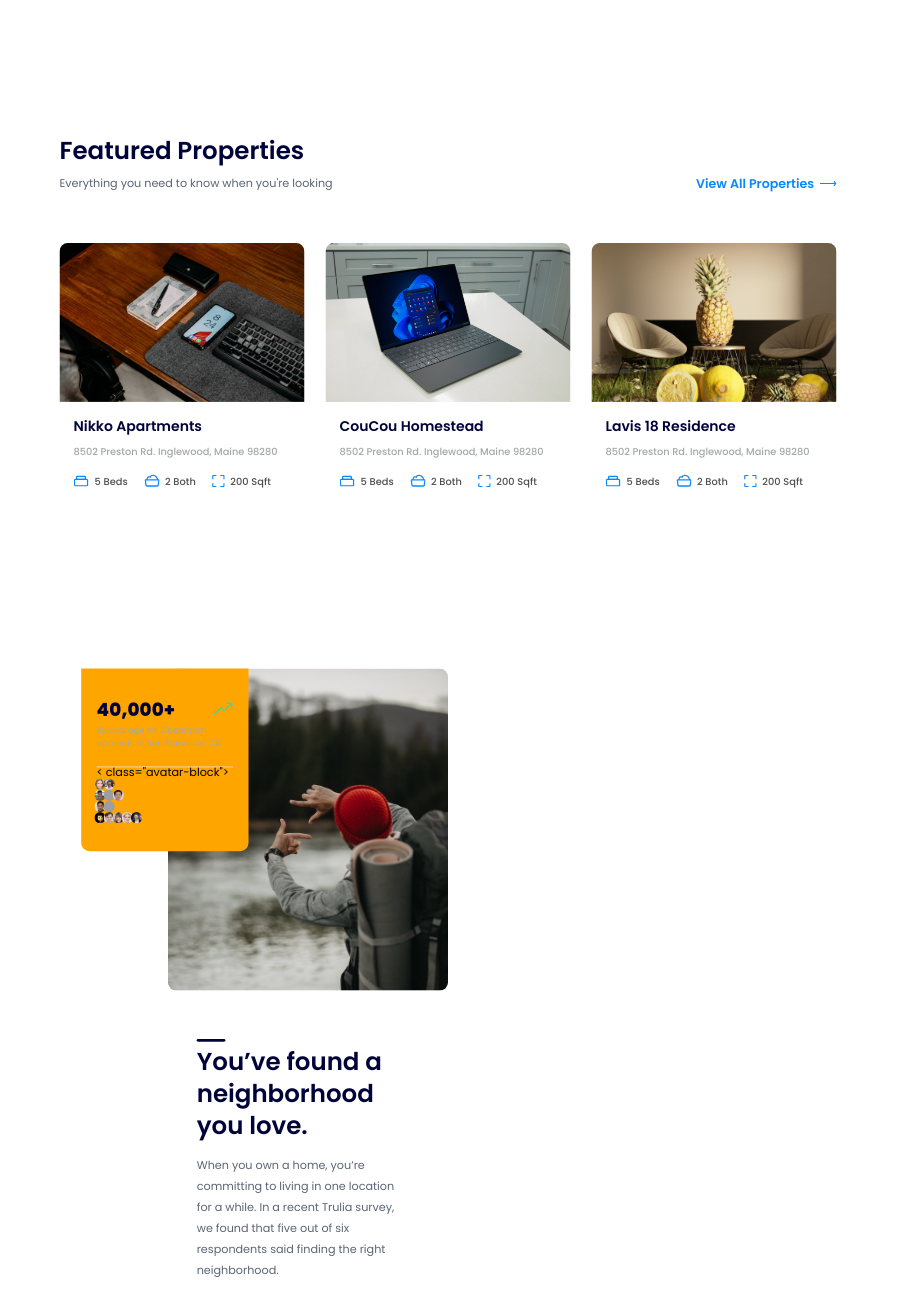
Repository: datvu1608/dv-htmlcss-01
Page: index.html
The author's editor kept a copy of each file at every save. The page is drawn from the files as they stood at one save, then again after the next save.
The browser window is 1280 px wide. The page is 1295 px wide, so the pictures cover 1295 px, including what lies to the right of the window. The pictures show the part of the page from y = 1683 to 3563 px (the page is 3563 px tall before and 3148 px after), at 70% of full size.
Pictures or frames that could not be fetched are drawn as grey boxes.

Above is the page before, as saved 2023-06-13 15:34:50.

### index.html
<!DOCTYPE html>
<html lang="en">
  <head>
    <meta charset="UTF-8" />
    <meta http-equiv="X-UA-Compatible" content="IE=edge" />
    <meta name="viewport" content="width=device-width, initial-scale=1.0" />
    <title>Project 1</title>
    <link rel="stylesheet" href="./assets/css/reset.css" />
    <link rel="stylesheet" href="./assets/fonts/stylesheet.css" />
    <link rel="stylesheet" href="./assets/css/style.css" />
  </head>
  <body>
    <main style="height: 2000px">
      <!-- Header -->
      <header class="header">
        <div class="content">
          <nav class="navbar">
            <!-- logo -->
            <img src="./assets/img/Logo.svg" alt="Besnik" />
            <!-- navigation -->
            <ul>
              <li><a href="#!">Home</a></li>
              <li><a href="#!">Features</a></li>
              <li><a href="#!">Services</a></li>
              <li><a href="#!">Resources</a></li>
              <li><a href="#!">Contact</a></li>
            </ul>
            <!-- action -->
            <div class="actions">
              <a href="#!" class="action-link">Sign up</a>
              <a href="#!" class="btn action-btn">Sign in</a>
            </div>
          </nav>
          <div class="hero">
            <div class="info">
              <p class="sub-title">Welcome to Besnik Agency</p>
              <h1 class="title">Discover a place you'll love to live.</h1>
              <p class="desc">
                Get the best real estate deals first, before they hit the mass
                market! hot forecloseru deals with one simple search.
              </p>
              <a href="#!" class="btn hero-cta">More About Us</a>
            </div>
            <img src="./assets/img/hero-img.svg" alt="" class="hero-img" />
          </div>
        </div>
      </header>

      <!-- Client -->
      <div class="clients">
        <div class="content">
          <div class="row">
            <!-- logo -->
            <img src="./assets/img/Logo.svg" alt="Besnik" />
            <!-- Stars -->
            <div class="stars">
              <img src="./assets/img/star.svg" alt="star" />
              <img src="./assets/img/star.svg" alt="star" />
              <img src="./assets/img/star.svg" alt="star" />
              <img src="./assets/img/star.svg" alt="star" />
              <img src="./assets/img/star.svg" alt="star" />
            </div>
          </div>

          <div class="row row-desc">
            <p class="desc">More than 45,000+ companies trust besnik</p>
            <p class="desc">5 Star Ratings (2k+ Review)</p>
          </div>
          <div class="images">
            <img src="./assets/img/client-1.svg" alt="" />
            <img src="./assets/img/client-2.svg" alt="" />
            <img src="./assets/img/client-3.svg" alt="" />
            <img src="./assets/img/client-4.svg" alt="" />
            <img src="./assets/img/client-5.svg" alt="" />
          </div>
        </div>
      </div>
      <!-- Guides -->
      <div class="guides">
        <div class="content">
          <h2 class="sub-title">How its works?</h2>
          <p class="desc">
            Everything you need to know when you're looking to buy, rent, or
            sell - all in one place.
          </p>

          <!-- List guide -->
          <ul class="list-guide">
            <li class="guide-item">
              <img src="./assets/img/buyer.svg" alt="buyer" class="icon" />
              <h3 class="title">Buyer Guides</h3>
              <a href="#!" class="link"
                ><span>How to buy</span>
                <img
                  src="./assets/img/arrow-right.svg"
                  alt="arrow-right"
                  class="arrow"
                />
              </a>
            </li>
            <li class="guide-item">
              <img src="./assets/img/renter.svg" alt="buyer" class="icon" />
              <h3 class="title">Renter Guides</h3>
              <a href="#!" class="link"
                ><span>How to rental</span>
                <img
                  src="./assets/img/arrow-right.svg"
                  alt="arrow-right"
                  class="arrow"
                />
              </a>
            </li>
            <li class="guide-item">
              <img src="./assets/img/seller.svg" alt="buyer" class="icon" />
              <h3 class="title">Seller Guides</h3>
              <a href="#!" class="link"
                ><span>How to sell</span>
                <img
                  src="./assets/img/arrow-right.svg"
                  alt="arrow-right"
                  class="arrow"
                />
              </a>
            </li>
          </ul>
          <div class="guide-cta">
            <a href="#!" class="btn">Sell Full Guidelines</a>
          </div>
        </div>
      </div>

      <!-- Features -->
      <div class="featured">
        <div class="content">
          <header>
            <h2 class="sub-title">Featured Properties</h2>
            <div class="row">
              <p class="desc">
                Everything you need to know when you're looking
              </p>
              <a href="#!" class="link">
                <span>View All Properties</span>
                <img
                  src="./assets/img/arrow-right.svg"
                  alt="arrow"
                  class="arrow"
                />
              </a>
            </div>
          </header>
          <div class="list">
            <!-- Featured item 1 -->
            <div class="item">
              <a href="#!"
                ><img
                  src="./assets/img/featured-1.jpg"
                  alt="Nikko Arpartments"
                  class="thumb"
              /></a>
              <div class="body">
                <h3 class="title"><a href="#!">Nikko Apartments</a></h3>
                <p class="desc">8502 Preston Rd. Inglewood, Maine 98280</p>
                <div class="info">
                  <img src="./assets/img/beds.svg" alt="" class="icon" />
                  <span class="label">5 Beds</span>
                  <img src="./assets/img/both.svg" alt="" class="icon" />
                  <span class="label">2 Both</span>
                  <img src="./assets/img/sqft.svg" alt="" class="icon" />
                  <span class="label">200 Sqft</span>
                </div>
              </div>
            </div>
            <div class="item">
              <a href="#!">
                <img
                  src="./assets/img/featured-2.jpg"
                  alt="CouCou Homestead"
                  class="thumb"
                />
              </a>
              <div class="body">
                <h3 class="title">
                  <a href="#!" class="line-clamp">CouCou Homestead</a>
                </h3>
                <p class="desc line-clamp">
                  8502 Preston Rd. Inglewood, Maine 98280
                </p>
                <div class="info">
                  <img src="./assets/img/beds.svg" alt="" class="icon" />
                  <span class="label">5 Beds</span>
                  <img src="./assets/img/both.svg" alt="" class="icon" />
                  <span class="label">2 Both</span>
                  <img src="./assets/img/sqft.svg" alt="" class="icon" />
                  <span class="label">200 Sqft</span>
                </div>
              </div>
            </div>
            <div class="item">
              <a href="#!">
                <img
                  src="./assets/img/featured-3.jpg"
                  alt="Lavis 18 Residence"
                  class="thumb"
                />
              </a>
              <div class="body">
                <h3 class="title"><a href="#!">Lavis 18 Residence</a></h3>
                <p class="desc">8502 Preston Rd. Inglewood, Maine 98280</p>
                <div class="info">
                  <img src="./assets/img/beds.svg" alt="" class="icon" />
                  <span class="label">5 Beds</span>
                  <img src="./assets/img/both.svg" alt="" class="icon" />
                  <span class="label">2 Both</span>
                  <img src="./assets/img/sqft.svg" alt="" class="icon" />
                  <span class="label">200 Sqft</span>
                </div>
              </div>
            </div>
          </div>
        </div>
      </div>

      <!-- Stats -->
      <div class="stats">
        <div class="content">
          <div class="row">
            <div class="img-block">
              <img
                class="image"
                src="./assets/img/stats-img.jpg"
                alt="You’ve found a neighborhood you love."
              />
              <!-- Trend -->
              <div class="stats-trend">
                <div class="row">
                  <strong class="value">40,000+</strong>
                  <img src="./assets/img/arrow-trend.svg" alt="" class="icon" />
                </div>
                <p class="desc">
                  By avarage for 2 bedroom apments in San Francisco, CA
                </p>
                <div class="separate"></div>
                < class="avatar-block">
                  <div class="avatar-group">
                    <img
                      src="./assets/img/avatar-1.jpg"
                      alt="avatar"
                      class="avatar"
                    />
                    <img
                      src="./assets/img/avatar-2.jpg"
                      alt="avatar"
                      class="avatar"
                    />
                  </div>
                  <div class="avatar-group">
                    <img
                      src="./assets/img/avatar-3.jpg"
                      alt="avatar"
                      class="avatar"
                    />
                    <img
                      src="./assets/img/avatar-4.jpg"
                      alt="avatar"
                      class="avatar"
                    />
                    <img
                      src="./assets/img/avatar-5.jpg"
                      alt="avatar"
                      class="avatar"
                    />
                    </div>
                    <div class="avatar-group">
                    <img
                      src="./assets/img/avatar-6.jpg"
                      alt="avatar"
                      class="avatar"
                    />
                    <img
                      src="./assets/img/avatar-7.jpg"
                      alt="avatar"
                      class="avatar"
                    />
                    </div>
                    <div class="avatar-group">
                    <img
                      src="./assets/img/avatar-8.jpg"
                      alt="avatar"
                      class="avatar"
                    />
                    <img
                      src="./assets/img/avatar-9.jpg"
                      alt="avatar"
                      class="avatar"
                    />
                    <img
                      src="./assets/img/avatar-10.jpg"
                      alt="avatar"
                      class="avatar"
                    />
                    <img
                      src="./assets/img/avatar-11.jpg"
                      alt="avatar"
                      class="avatar"
                    />
                    <img
                      src="./assets/img/avatar-12.jpg"
                      alt="avatar"
                      class="avatar"
                    />
                  </div>
                </div>
              </div>
            </div>
            <div class="info">
              <h2 class="sub-title">You’ve found a neighborhood you love.</h2>
              <p class="desc">
                When you own a home, you’re committing to living in one location
                for a while. In a recent Trulia survey, we found that five out
                of six respondents said finding the right neighborhood.
              </p>
            </div>
          </div>
        </div>
      </div>
    </main>
  </body>
</html>

### assets/fonts/stylesheet.css
/* ============ Poppins =================== */
@font-face {
  font-family: 'Poppins';
  src: url('Poppins-BlackItalic.woff2') format('woff2'),
    url('Poppins-BlackItalic.woff') format('woff');
  font-weight: 900;
  font-style: italic;
  font-display: swap;
}

@font-face {
  font-family: 'Poppins';
  src: url('Poppins-Bold.woff2') format('woff2'),
    url('Poppins-Bold.woff') format('woff');
  font-weight: bold;
  font-style: normal;
  font-display: swap;
}

@font-face {
  font-family: 'Poppins';
  src: url('Poppins-Black.woff2') format('woff2'),
    url('Poppins-Black.woff') format('woff');
  font-weight: 900;
  font-style: normal;
  font-display: swap;
}

@font-face {
  font-family: 'Poppins';
  src: url('Poppins-BoldItalic.woff2') format('woff2'),
    url('Poppins-BoldItalic.woff') format('woff');
  font-weight: bold;
  font-style: italic;
  font-display: swap;
}

@font-face {
  font-family: 'Poppins';
  src: url('Poppins-ExtraBoldItalic.woff2') format('woff2'),
    url('Poppins-ExtraBoldItalic.woff') format('woff');
  font-weight: bold;
  font-style: italic;
  font-display: swap;
}

@font-face {
  font-family: 'Poppins';
  src: url('Poppins-ExtraLightItalic.woff2') format('woff2'),
    url('Poppins-ExtraLightItalic.woff') format('woff');
  font-weight: 200;
  font-style: italic;
  font-display: swap;
}

@font-face {
  font-family: 'Poppins';
  src: url('Poppins-LightItalic.woff2') format('woff2'),
    url('Poppins-LightItalic.woff') format('woff');
  font-weight: 300;
  font-style: italic;
  font-display: swap;
}

@font-face {
  font-family: 'Poppins';
  src: url('Poppins-ExtraBold.woff2') format('woff2'),
    url('Poppins-ExtraBold.woff') format('woff');
  font-weight: bold;
  font-style: normal;
  font-display: swap;
}

@font-face {
  font-family: 'Poppins';
  src: url('Poppins-Italic.woff2') format('woff2'),
    url('Poppins-Italic.woff') format('woff');
  font-weight: normal;
  font-style: italic;
  font-display: swap;
}

@font-face {
  font-family: 'Poppins';
  src: url('Poppins-Light.woff2') format('woff2'),
    url('Poppins-Light.woff') format('woff');
  font-weight: 300;
  font-style: normal;
  font-display: swap;
}

@font-face {
  font-family: 'Poppins';
  src: url('Poppins-ExtraLight.woff2') format('woff2'),
    url('Poppins-ExtraLight.woff') format('woff');
  font-weight: 200;
  font-style: normal;
  font-display: swap;
}

@font-face {
  font-family: 'Poppins';
  src: url('Poppins-Medium.woff2') format('woff2'),
    url('Poppins-Medium.woff') format('woff');
  font-weight: 500;
  font-style: normal;
  font-display: swap;
}

@font-face {
  font-family: 'Poppins';
  src: url('Poppins-Regular.woff2') format('woff2'),
    url('Poppins-Regular.woff') format('woff');
  font-weight: normal;
  font-style: normal;
  font-display: swap;
}

@font-face {
  font-family: 'Poppins';
  src: url('Poppins-SemiBold.woff2') format('woff2'),
    url('Poppins-SemiBold.woff') format('woff');
  font-weight: 600;
  font-style: normal;
  font-display: swap;
}

@font-face {
  font-family: 'Poppins';
  src: url('Poppins-ThinItalic.woff2') format('woff2'),
    url('Poppins-ThinItalic.woff') format('woff');
  font-weight: 100;
  font-style: italic;
  font-display: swap;
}

@font-face {
  font-family: 'Poppins';
  src: url('Poppins-MediumItalic.woff2') format('woff2'),
    url('Poppins-MediumItalic.woff') format('woff');
  font-weight: 500;
  font-style: italic;
  font-display: swap;
}

@font-face {
  font-family: 'Poppins';
  src: url('Poppins-Thin.woff2') format('woff2'),
    url('Poppins-Thin.woff') format('woff');
  font-weight: 100;
  font-style: normal;
  font-display: swap;
}

@font-face {
  font-family: 'Poppins';
  src: url('Poppins-SemiBoldItalic.woff2') format('woff2'),
    url('Poppins-SemiBoldItalic.woff') format('woff');
  font-weight: 600;
  font-style: italic;
  font-display: swap;
}
/* ============ Poppins =================== */

### assets/css/style.css
* {
  box-sizing: border-box;
}
html {
  font-size: 62.5%;
}
body {
  font-size: 1.6rem;
  font-family: 'Poppins', sans-serif;
}

/* Common */
:root {
  --primary-color: #0f1b4c;
}
a {
  text-decoration: none;
}
.content {
  width: 1110px;
  max-width: calc(100% - 48px);
  margin-left: auto;
  margin-right: auto;
}
.btn {
  display: inline-block;
  padding: 18px 16px;
  min-width: 98px;
  background: var(--primary-color);
  border-radius: 12px;
  font-weight: 500;
  font-size: 1.4rem;
  text-align: center;
  color: #fff;
}
.btn:hover {
  opacity: 0.9;
}
.line-clamp {
  display: -webkit-box;
  -webkit-line-clamp: var(--line-clamp, 2);
  -webkit-box-orient: vertical;
  overflow: hidden;
}
.center {
  display: flex;
  align-items: center;
  justify-content: center;
}
/* Header */
.header {
  position: relative;
  height: 100vh;
  background: #e6f0ff;
}

.navbar {
  display: flex;
  align-items: center;
  padding-top: 38px;
}

.navbar ul {
  display: flex;
  margin-left: 50px;
}

.navbar .actions {
  margin-left: auto;
}
.navbar ul a {
  font-weight: 500;
  font-size: 1s4rem;
  color: #4f5361;
  padding: 8px 1.4rem;
}
.navbar ul a:hover {
  text-decoration: underline;
}
.navbar .action-link {
  font-size: 1.4rem;
  color: var(--primary-color);
  font-weight: 500;
}
.navbar .action-btn {
  padding: 13px 16px;
  margin-left: 18px;
  border-radius: 8px;
}
/* hero */
.hero {
  margin-top: 130px;
}
.hero .info {
  max-width: 51%;
}
.hero .sub-title {
  font-weight: 500;
  font-size: 1.8rem;
  line-height: 1.5;
  letter-spacing: 0.01em;
  color: #687690;
}
.hero .title {
  margin-top: 8px;
  font-weight: 700;
  font-size: 6.2rem;
  line-height: 1.19;
  color: #000336;
}
.hero .desc {
  margin-top: 30px;
  font-weight: 400;
  font-size: 1.8rem;
  line-height: 1.78;
  color: #5a6473;
}

.hero-cta {
  min-width: 170px;
  margin-top: 40px;
}
.hero-img {
  position: absolute;
  right: calc((100vw - 1110px) / 2 - 100px);
  bottom: 0;
}

/* clients   */
.clients {
  margin-top: 79px;
  padding: 43px 0 64px;
}
.clients .row {
  display: flex;
  justify-content: space-between;
}
.clients .desc {
  font-weight: 500;
  font-size: 1.6rem;
  line-height: 1.25;
  color: #7d8589;
}
.clients .row-desc {
  margin-top: 23px;
}
.clients .images {
  display: flex;
  align-items: center;
  justify-content: space-between;
  margin-top: 96px;
}

/* Guides */
.guides {
  margin-top: 40px;
  padding: 93px 0 79px;
}
.guides .sub-title {
  position: relative;
  font-weight: 600;
  font-size: 3.5rem;
  line-height: 1;
  text-align: center;
  color: #000339;
}
.guides .sub-title::before {
  position: absolute;
  top: -10px;
  left: 50%;
  transform: translateX(-50%);
  content: '';
  display: inline-block;
  width: 41px;
  height: 4px;
  background: #000339;
  border-radius: 12px;
}
.guides .desc {
  width: 459px;
  max-width: 100%;
  margin: 20px auto 0;
  font-weight: 400;
  font-size: 1.6rem;
  letter-spacing: 1.15px;
  line-height: 1.88;
  text-align: center;
  color: #5a6473;
}

/* List guide */
.list-guide {
  display: flex;
  justify-content: center;
  margin-top: 70px;
}
.guide-item {
  margin: 0 70px;
  text-align: center;
}
.guide-item .title {
  margin-top: 26px;
  font-weight: 500;
  font-size: 2rem;
  line-height: 1.1;
  color: #3b2c45;
}
.guide-item .link {
  display: inline-block;
  margin-top: 10px;
  font-weight: 600;
  font-size: 1.4rem;
  color: #0689ff;
}
.guide-item .arrow {
  margin-left: 6px;
}
.guide-cta {
  display: flex;
  justify-content: center;
  margin-top: 50px;
}
.guide-cta .btn {
  min-width: 170px;
}

/* Featured */
.featured {
  margin-top: 41px;
  padding: 110px 0;
}
.featured .sub-title {
  font-weight: 600;
  font-size: 3.5rem;
  line-height: 1;
  color: #000339;
}
.featured .row {
  display: flex;
  justify-content: space-between;
  margin-top: 15px;
}
.featured .desc {
  font-weight: 400;
  font-size: 1.6rem;
  line-height: 1.88;
  color: #5a6473;
}
.featured .link {
  display: flex;
  align-items: center;
  font-weight: 600;
  font-size: 1.8rem;
  color: #0689ff;
}
.featured .link .arrow {
  margin-left: 8px;
}

.featured .list {
  display: flex;
  gap: 30px;
  margin-top: 70px;
}
.featured .item {
  flex: 1;
  background: #fff;
  border-radius: 12px;
}
.featured .item .thumb {
  width: 100%;
  height: 227px;
  object-fit: cover;
  border-top-left-radius: 12px;
  border-top-right-radius: 12px;
}
.featured .item .body {
  padding: 17px 20px 24px;
}
.featured .item .title a {
  font-weight: 600;
  font-size: 2rem;
  line-height: 1.5;
  color: #000339;
}
.featured .item .desc {
  margin-top: 11px;
  font-weight: 500;
  font-size: 1.4rem;
  line-height: 1.5;
  color: #a3a6ab;
  --line-clamp: 3;
}
.featured .item .info {
  display: flex;
  align-items: center;
  margin-top: 21px;
}
.featured .item .icon {
  margin-left: 23px;
}
.featured .item .icon:first-child {
  margin-left: 0;
}
.featured .item .label {
  margin-left: 8px;
  font-weight: 500;
  font-size: 1.4rem;
  letter-spacing: 0.01rem;
  color: #4d4d52;
}

/* Stats */
.stats {
  margin-top: 75px;
  padding: 50px 0;
}
.stats .content {
  width: 1048px;
}
.stats .row {
  display: flex;
}
.stats .img-block,
.stats .info {
  width: 50%;
}
.stats .img-block {
  position: relative;
}
.img-block .stats-trend {
  position: absolute;
  top: 0;
  left: 0;
  width: 239px;
  padding: 45px 22px 40px;
  border-radius: 0 0 12px 12px;
  background-color: orange;
}
.stats-trend .value {
  font-weight: 700;
  font-size: 2.6rem;
  letter-spacing: 0.01em;
  color: #000339;
}
.stats-trend .icon {
  margin-left: auto;
}
.stats-trend .desc {
  margin-top: 8px;
  font-weight: 400;
  font-size: 12px;
  line-height: 1.5;
  color: #a7a7a7;
}
.stats-trend .separate {
  height: 1px;
  background: #e9e9e9;
  margin-top: 25px;
}
.stats .avatar-block {
  margin-top: 26px;
  display: flex;
}
.stats .avatar-group {
  display: flex;
}
.stats .avatar {
  width: 16px;
  height: 16px;
  object-fit: cover;
  border-radius: 50%;
  margin-left: -3px;
}
.stats .img-block .image {
  display: block;
  margin-left: auto;
  width: 400px;
  height: 460px;
  object-fit: cover;
  border-radius: 12px;
}
.stats .info {
  padding: 79px 0 0 165px;
}
.stats .sub-title {
  width: 269px;
  font-weight: 600;
  font-size: 35px;
  line-height: 1.29;
  color: #000339;
  position: relative;
}
.stats .sub-title::before {
  content: '';
  display: block;
  width: 41px;
  background: #000339;
  border-radius: 12px;
  height: 4px;
  position: absolute;
  left: 0;
  top: -10px;
}
.stats .info .desc {
  margin-top: 20px;
  width: 296px;
  font-weight: 400;
  font-size: 1.6rem;
  line-height: 1.88;
  color: #5a6473;
}

Loaded but not shown: assets/css/reset.css (common file)

After the next save:
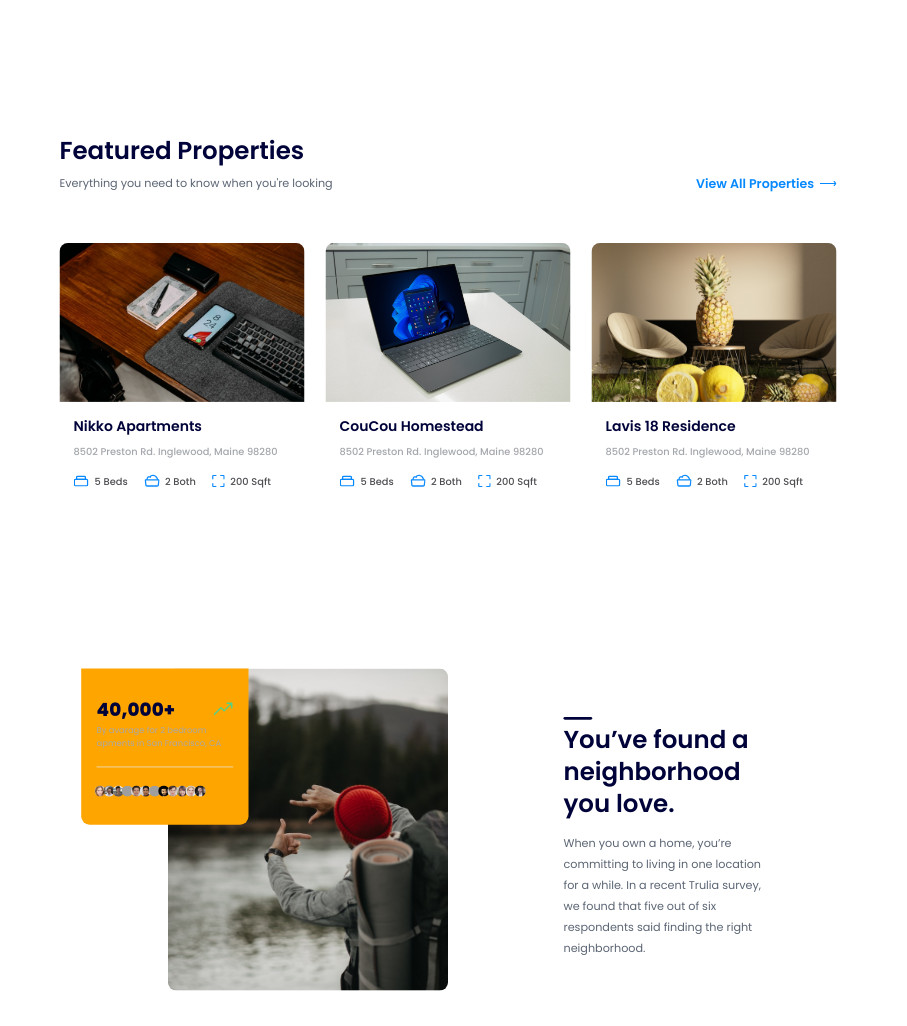
Saved 44 s later.
--- a/index.html
+++ b/index.html
@@ -240,7 +240,7 @@
                   By avarage for 2 bedroom apments in San Francisco, CA
                 </p>
                 <div class="separate"></div>
-                < class="avatar-block">
+                <div class="avatar-block">
                   <div class="avatar-group">
                     <img
                       src="./assets/img/avatar-1.jpg"
@@ -269,8 +269,8 @@
                       alt="avatar"
                       class="avatar"
                     />
-                    </div>
-                    <div class="avatar-group">
+                  </div>
+                  <div class="avatar-group">
                     <img
                       src="./assets/img/avatar-6.jpg"
                       alt="avatar"
@@ -281,8 +281,8 @@
                       alt="avatar"
                       class="avatar"
                     />
-                    </div>
-                    <div class="avatar-group">
+                  </div>
+                  <div class="avatar-group">
                     <img
                       src="./assets/img/avatar-8.jpg"
                       alt="avatar"
@@ -293,6 +293,8 @@
                       alt="avatar"
                       class="avatar"
                     />
+                  </div>
+                  <div class="avatar-group">
                     <img
                       src="./assets/img/avatar-10.jpg"
                       alt="avatar"
